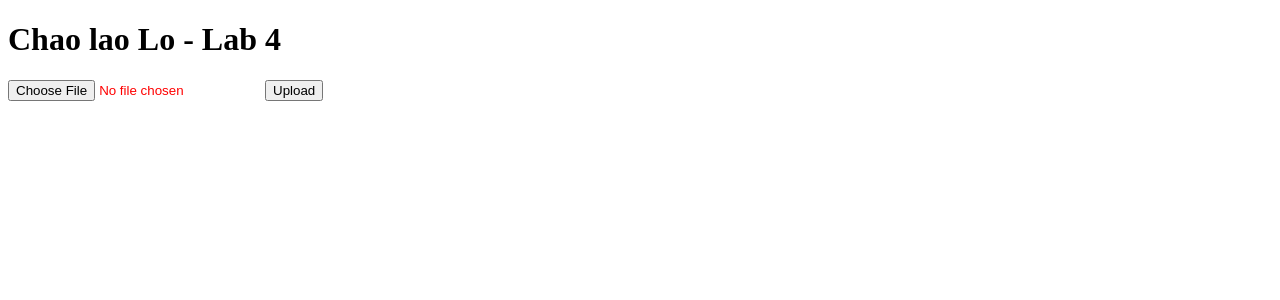
Repository: chaolaolo/Lab3_PH45308
Page: src/upload.html
These files come from the project's save history. The page is drawn as it stood at one moment and after the next save; the edit follows.
The browser window is 1280 px wide. The pictures show the whole page.

Above is the page before, as saved 2024-07-17 19:09:32.

### src/upload.html
<!DOCTYPE html>
<html lang="en">
<head>
    <meta charset="UTF-8">
    <meta name="viewport" content="width=device-width, initial-scale=1.0">
    <title>Document</title>
</head>
<body>
    <h1>Chao lao Lo - Lab 4</h1>
    <form action="/uploadfile" method="post" enctype="multipart/form-data">
        <input
        style="color: red;"
        type="file" name="myFile" id="" accept="image/*">
        <input type="submit" value="Upload">
    </form>
</body>
</html>

After the next save:
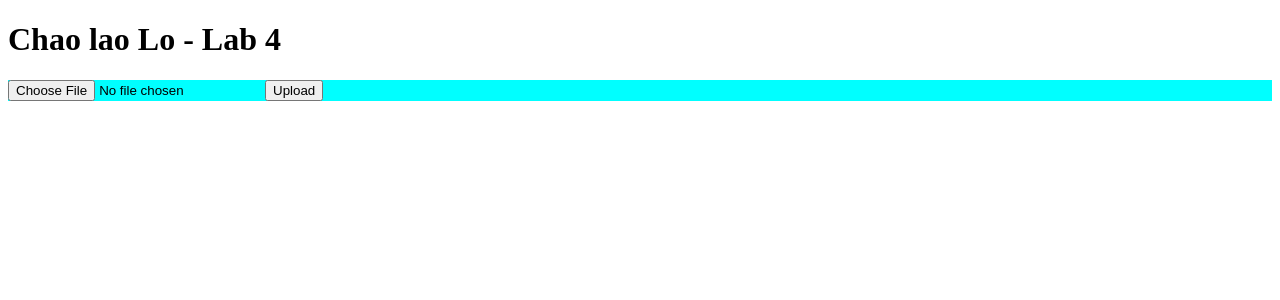
Saved 61 s later.
--- a/src/upload.html
+++ b/src/upload.html
@@ -7,9 +7,8 @@
 </head>
 <body>
     <h1>Chao lao Lo - Lab 4</h1>
-    <form action="/uploadfile" method="post" enctype="multipart/form-data">
+    <form style="background-color: aqua;" action="/uploadfile" method="post" enctype="multipart/form-data">
         <input
-        style="color: red;"
         type="file" name="myFile" id="" accept="image/*">
         <input type="submit" value="Upload">
     </form>

After the save that followed:
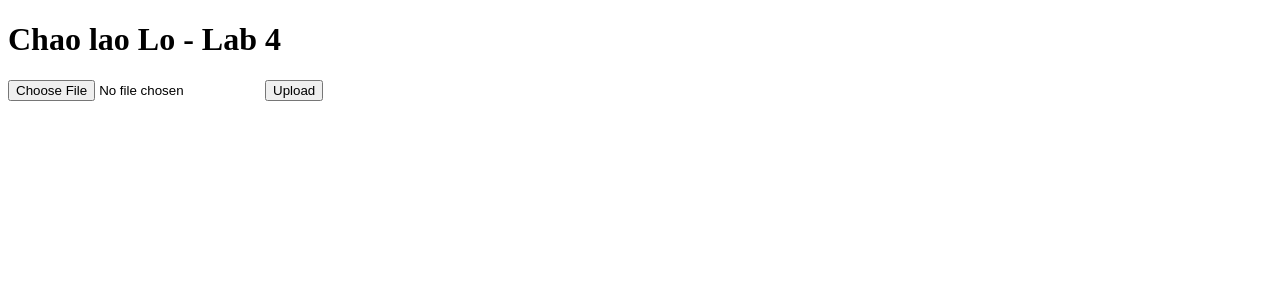
Saved 9 s later.
--- a/src/upload.html
+++ b/src/upload.html
@@ -7,7 +7,7 @@
 </head>
 <body>
     <h1>Chao lao Lo - Lab 4</h1>
-    <form style="background-color: aqua;" action="/uploadfile" method="post" enctype="multipart/form-data">
+    <form action="/uploadfile" method="post" enctype="multipart/form-data">
         <input
         type="file" name="myFile" id="" accept="image/*">
         <input type="submit" value="Upload">
